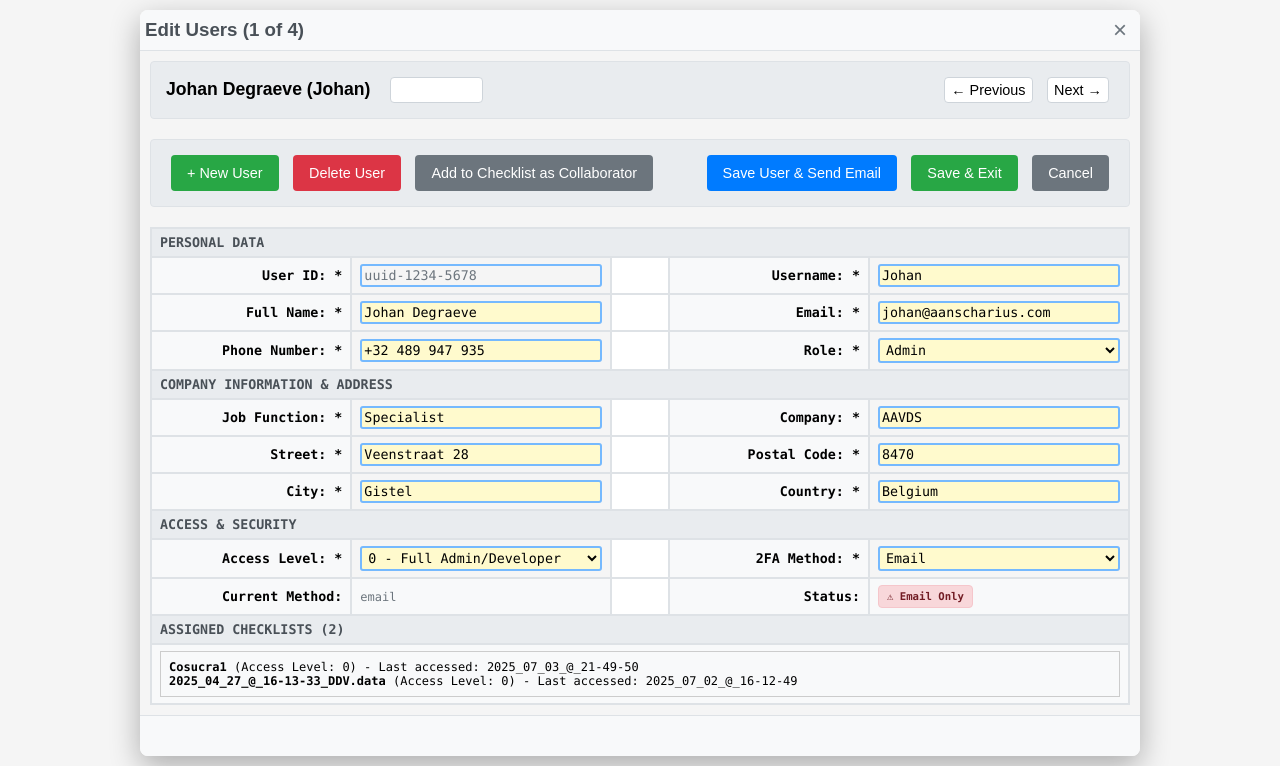
Repository: jeedee23/checklistrepo
Page: checklists/user-management-demo.html
These files come from the project's save history. The page is drawn as it stood at one moment and after the next save; the edit follows.
The browser window is 1280 px wide. The pictures show the whole page.

Above is the page before, as saved 2025-07-04 14:24:56.

### checklists/user-management-demo.html
<!DOCTYPE html>
<html lang="en">
<head>
    <meta charset="UTF-8">
    <meta name="viewport" content="width=device-width, initial-scale=1.0">
    <title>User Management Demo</title>
    <style>
        body {
            font-family: Arial, sans-serif;
            margin: 10px;
            background: #f5f5f5;
        }

        .modal-dialog {
            background: white;
            border-radius: 8px;
            box-shadow: 0 10px 30px rgba(0,0,0,0.3);
            width: 1000px;
            margin: 0 auto;
            overflow: hidden;
            display: flex;
            flex-direction: column;
        }

        .modal-header {
            padding: 5px;
            border-bottom: 1px solid #dee2e6;
            display: flex;
            justify-content: space-between;
            align-items: center;
            background-color: #f8f9fa;
        }

        .modal-header h3 {
            margin: 0;
            color: #495057;
        }

        .close-button {
            background: none;
            border: none;
            font-size: 1.5rem;
            cursor: pointer;
            color: #6c757d;
            padding: 0;
            width: 30px;
            height: 30px;
            display: flex;
            align-items: center;
            justify-content: center;
        }

        .modal-body {
            padding: 10px;
            background: #f5f5f5;
        }

        .user-navigation {
            margin-bottom: 20px;
            padding: 15px;
            background: #e9ecef;
            border-radius: 4px;
            border: 1px solid #dee2e6;
            display: flex;
            justify-content: space-between;
            align-items: center;
        }

        .user-navigation span {
            font-weight: bold;
            font-size: 1.1em;
        }

        .user-navigation button {
            padding: 4px 6px;
            margin: 0 5px;
            border: 1px solid #ced4da;
            border-radius: 4px;
            background: white;
            cursor: pointer;
            font-size: 0.9rem;
        }

        .form-table {
            width: 100%;
            border-collapse: collapse;
            font-family: Consolas, monospace;
            font-size: 10pt;
        }

        .form-table td {
            padding: 6px 8px;
            vertical-align: middle;
            border: 2px solid #dee2e6;
        }

        .section-header {
            font-weight: bold;
            font-size: 10pt;
            background: #e9ecef;
            text-align: left;
            padding: 10px 12px;
            color: #495057;
            border: 1px solid #dee2e6;
            border-bottom: 2px solid #adb5bd;
        }

        .label {
            width: 150px;
            font-weight: bold;
            background: #f8f9fa;
            text-align: right;
            padding-right: 12px;
            white-space: nowrap;
        }

        .input {
            width: 200px;
            padding: 2px;

        }

        .input input,
        .input select {
            width: 100%;
            padding: 2px 2px;
            border: 2px solid #75b9fe;
            border-radius: 3px;
            background: transparent;
            font-family: Consolas, monospace;
            font-size: 10pt;
            box-sizing: border-box;
             background: #FFFACD;
        }

        .input input[readonly] {
            background: transparent;
            color: #6c757d;
            cursor: not-allowed;
        }

        .input-readonly {
            width: 200px;
            padding: 4px 6px;
            background: #f8f9fa;
            color: #6c757d;
            font-family: Consolas, monospace;
            font-size: 9pt;
        }

        .spacer {
            width: 30px;
            background: white;
            border: 1px solid #dee2e6;
        }

        .checklist-cell {
            padding: 8px;
            background: #f8f9fa;
        }

        .checklist-display {
            max-height: 100px;
            overflow-y: auto;
            border: 1px solid #ccc;
            padding: 8px;
            background: #f8f9fa;
            font-family: Consolas, monospace;
            font-size: 9pt;
        }

        .status-badge {
            padding: 4px 8px;
            border-radius: 4px;
            font-size: 8pt;
            font-weight: 600;
            display: inline-block;
        }

        .status-badge.active {
            background: #d4edda;
            color: #155724;
            border: 1px solid #c3e6cb;
        }

        .status-badge.inactive {
            background: #f8d7da;
            color: #721c24;
            border: 1px solid #f5c6cb;
        }

        .modal-footer {
            padding: 20px;
            border-top: 1px solid #dee2e6;
            display: flex;
            justify-content: space-between;
            background-color: #f8f9fa;
        }

        .btn {
            padding: 10px 16px;
            border: none;
            border-radius: 4px;
            cursor: pointer;
            font-size: 0.9rem;
            margin: 0 5px;
        }

        .btn-primary { background-color: #007bff; color: white; }
        .btn-success { background-color: #28a745; color: white; }
        .btn-secondary { background-color: #6c757d; color: white; }
        .btn-danger { background-color: #dc3545; color: white; }
    </style>
</head>
<body>
    <div class="modal-dialog">
        <div class="modal-header">
            <h3>Edit Users (1 of 4)</h3>
            <button class="close-button">×</button>
        </div>

        <div class="modal-body">
            <div class="user-navigation">
                <div>
                    <span>Johan Degraeve (Johan)</span>
                    <button class="btn btn-secondary" style="margin-left: 15px;">Setup TOTP</button>
                </div>
                <div>
                    <button>← Previous</button>
                    <button>Next →</button>
                </div>
            </div>

            <!-- Action buttons moved to top -->
            <div style="margin-bottom: 20px; padding: 15px; background: #e9ecef; border-radius: 4px; border: 1px solid #dee2e6; display: flex; justify-content: space-between; align-items: center;">
                <div>
                    <button class="btn btn-success">+ New User</button>
                    <button class="btn btn-danger">Delete User</button>
                    <button class="btn btn-secondary">Add to Checklist as Collaborator</button>
                </div>
                <div>
                    <button class="btn btn-primary">Save User & Send Email</button>
                    <button class="btn btn-success">Save & Exit</button>
                    <button class="btn btn-secondary">Cancel</button>
                </div>
            </div>

            <table class="form-table">
                <!-- PERSONAL DATA Section -->
                <tr>
                    <td colspan="5" class="section-header">PERSONAL DATA</td>
                </tr>
                <tr>
                    <td class="label">User ID: *</td>
                    <td class="input"><input type="text" value="uuid-1234-5678" readonly></td>
                    <td class="spacer">&nbsp;</td>
                    <td class="label">Username: *</td>
                    <td class="input"><input type="text" value="Johan"></td>
                </tr>
                <tr>
                    <td class="label">Full Name: *</td>
                    <td class="input"><input type="text" value="Johan Degraeve"></td>
                    <td class="spacer">&nbsp;</td>
                    <td class="label">Email: *</td>
                    <td class="input"><input type="email" value="johan@aanscharius.com"></td>
                </tr>
                <tr>
                    <td class="label">Phone Number: *</td>
                    <td class="input"><input type="tel" value="+32 489 947 935"></td>
                    <td class="spacer">&nbsp;</td>
                    <td class="label">Role: *</td>
                    <td class="input">
                        <select>
                            <option>User</option>
                            <option selected>Admin</option>
                        </select>
                    </td>
                </tr>

                <!-- COMPANY INFORMATION & ADDRESS Section -->
                <tr>
                    <td colspan="5" class="section-header">COMPANY INFORMATION & ADDRESS</td>
                </tr>
                <tr>
                    <td class="label">Job Function: *</td>
                    <td class="input"><input type="text" value="Specialist"></td>
                    <td class="spacer">&nbsp;</td>
                    <td class="label">Company: *</td>
                    <td class="input"><input type="text" value="AAVDS"></td>
                </tr>
                <tr>
                    <td class="label">Street: *</td>
                    <td class="input"><input type="text" value="Veenstraat 28"></td>
                    <td class="spacer">&nbsp;</td>
                    <td class="label">Postal Code: *</td>
                    <td class="input"><input type="text" value="8470"></td>
                </tr>
                <tr>
                    <td class="label">City: *</td>
                    <td class="input"><input type="text" value="Gistel"></td>
                    <td class="spacer">&nbsp;</td>
                    <td class="label">Country: *</td>
                    <td class="input"><input type="text" value="Belgium"></td>
                </tr>

                <!-- ACCESS & SECURITY (with 2FA) Section -->
                <tr>
                    <td colspan="5" class="section-header">ACCESS & SECURITY</td>
                </tr>
                <tr>
                    <td class="label">Access Level: *</td>
                    <td class="input">
                        <select>
                            <option selected>0 - Full Admin/Developer</option>
                            <option>1 - Full Admin/User Management</option>
                            <option>2 - Admin (no field/user mgmt)</option>
                        </select>
                    </td>
                    <td class="spacer">&nbsp;</td>
                    <td class="label">2FA Method: *</td>
                    <td class="input">
                        <select>
                            <option selected>Email</option>
                            <option>TOTP (Authenticator App)</option>
                            <option>None</option>
                        </select>
                    </td>
                </tr>
                <tr>
                    <td class="label">Current Method:</td>
                    <td class="input-readonly">email</td>
                    <td class="spacer">&nbsp;</td>
                    <td class="label">Status:</td>
                    <td class="input-readonly">
                        <span class="status-badge inactive">⚠ Email Only</span>
                    </td>
                </tr>

                <!-- ASSIGNED CHECKLISTS Section -->
                <tr>
                    <td colspan="5" class="section-header">ASSIGNED CHECKLISTS (2)</td>
                </tr>
                <tr>
                    <td colspan="5" class="checklist-cell">
                        <div class="checklist-display">
                            <div><strong>Cosucra1</strong> (Access Level: 0) - Last accessed: 2025_07_03_@_21-49-50</div>
                            <div><strong>2025_04_27_@_16-13-33_DDV.data</strong> (Access Level: 0) - Last accessed: 2025_07_02_@_16-12-49</div>
                        </div>
                    </td>
                </tr>
            </table>
        </div>

        <div class="modal-footer">
            <!-- Footer kept minimal or can be removed since buttons are now at top -->
        </div>
    </div>
</body>
</html>

After the next save:
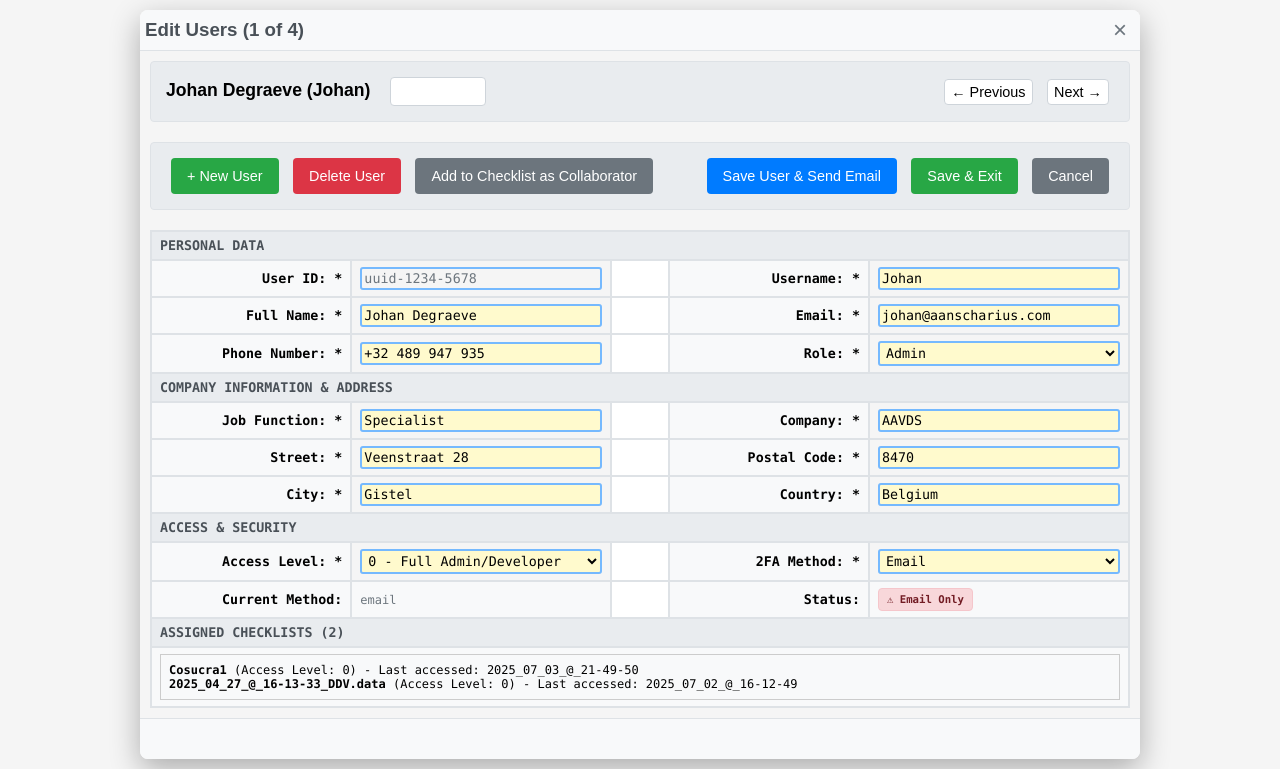
Saved 44 s later.
--- a/checklists/user-management-demo.html
+++ b/checklists/user-management-demo.html
@@ -79,6 +79,13 @@
             background: white;
             cursor: pointer;
             font-size: 0.9rem;
+        }
+
+        .user-navigation .btn {
+            padding: 6px 12px;
+            margin-left: 15px;
+            font-size: 0.8rem;
+            color: white;
         }
 
         .form-table {
